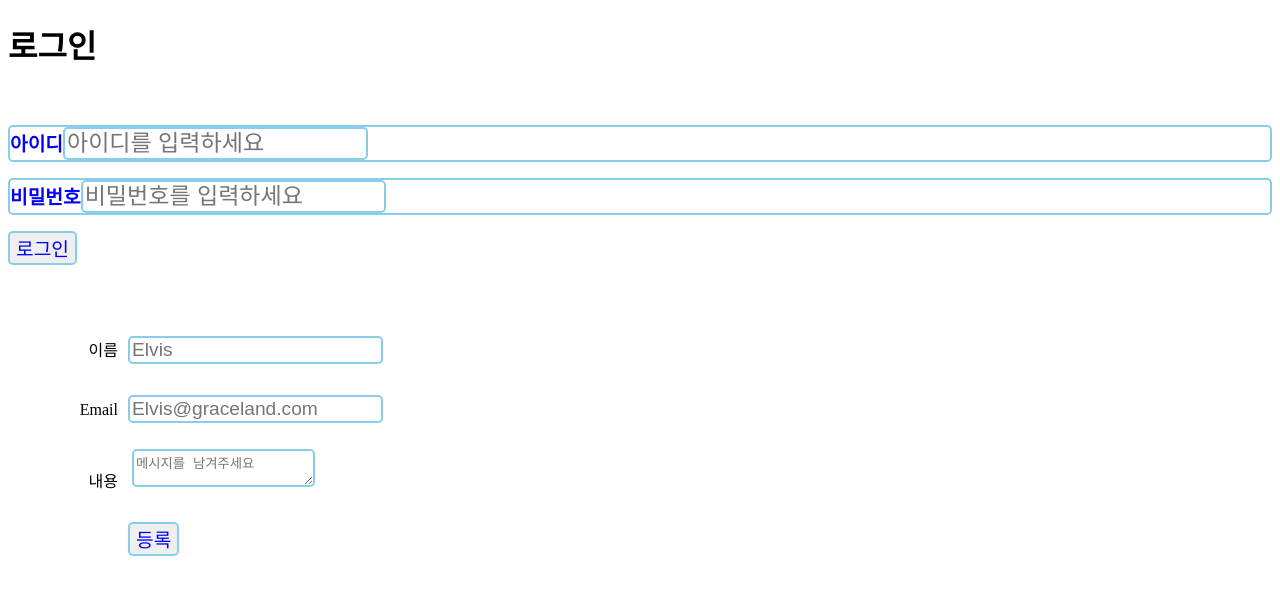
Repository: buildadoor/eclipse
Page: frontWeb/src/main/webapp/a05_cssHigh/a13_form.html
An editor plug-in stored every save of this project. The page is shown before and after the next save, followed by the edit.
The browser window is 1280 px wide. The pictures show the whole page.

Above is the page before, as saved 2022-11-10 07:10:12.

After the next save:
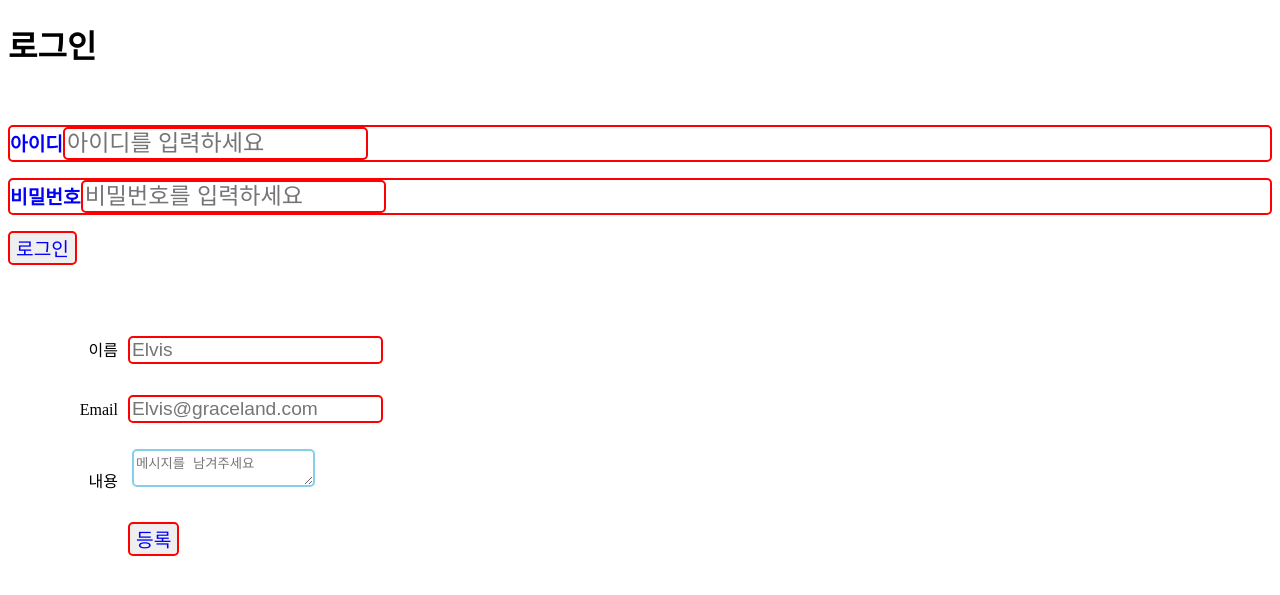
Saved 23 s later.
--- a/frontWeb/src/main/webapp/a05_cssHigh/a13_form.html
+++ b/frontWeb/src/main/webapp/a05_cssHigh/a13_form.html
@@ -57,7 +57,7 @@
 		padding:10px;
 	}
 	input,h2{ color: blue;
-		border:2px solid skyblue;
+		border:2px solid red;
 		border-radius:5px;
 		font-size:120%;
 	}
